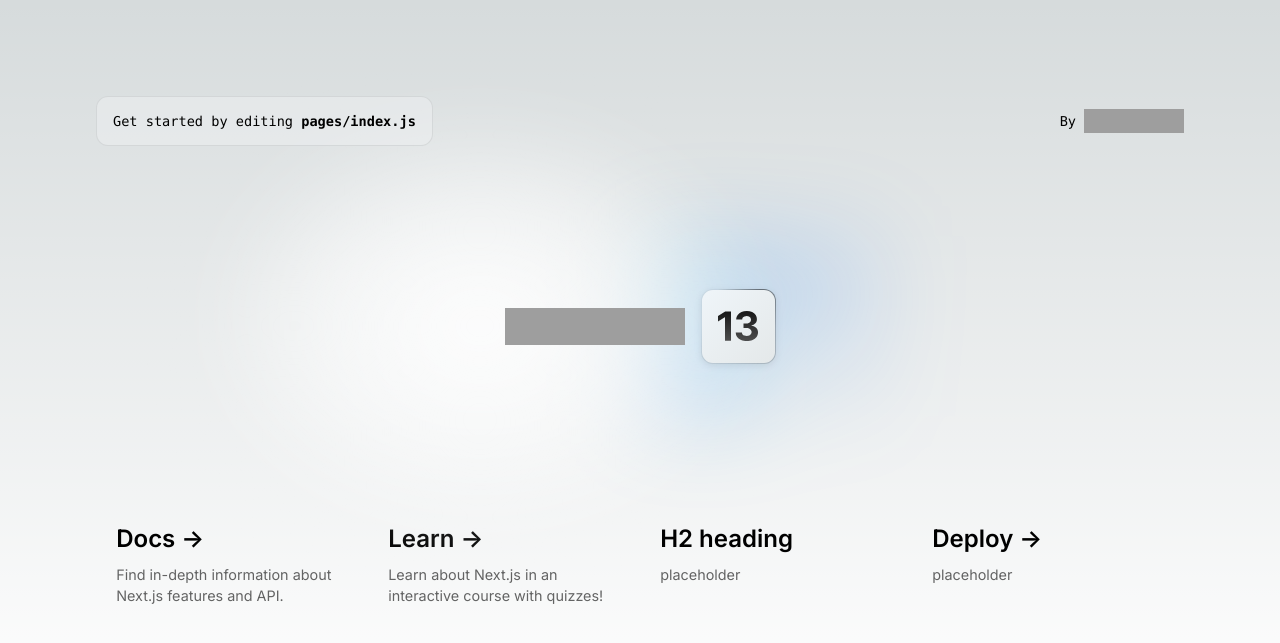
Repository: ajenstory/jencorbett.dev
Page: / (app in app/)
The author's editor kept a copy of each file at every save. The page is drawn from the files as they stood at one save, then again after the next save.
The browser window is 1280 px wide. The pictures show the whole page.
Pictures or frames that could not be fetched are drawn as grey boxes. The project was rebuilt for these pictures with package versions that can differ from the ones it lists, and the page was loaded fresh each time. The framework's server and built-in components were replaced by stand-ins that run in the browser. Also part of the build but not shown: app/next.config.js.

Above is the page before, as saved 2023-03-18 17:54:51.

### app/pages/index.js
import Head from 'next/head'
import Image from 'next/image'
import { Inter } from '@next/font/google'
import styles from '../styles/Home.module.css'

const inter = Inter({ subsets: ['latin'] })

export default function Home() {
  return (
    <>
      <Head>
        <title>Create Next App</title>
        <meta name="description" content="Generated by create next app" />
        <meta name="viewport" content="width=device-width, initial-scale=1" />
        <link rel="icon" href="/favicon.ico" />
      </Head>
      <main className={styles.main}>
        <div className={styles.description}>
          <p>
            Get started by editing&nbsp;
            <code className={styles.code}>pages/index.js</code>
          </p>
          <div>
            <a
              href="https://vercel.com?utm_source=create-next-app&utm_medium=default-template&utm_campaign=create-next-app"
              target="_blank"
              rel="noopener noreferrer"
            >
              By{' '}
              <Image
                src="/vercel.svg"
                alt="Vercel Logo"
                className={styles.vercelLogo}
                width={100}
                height={24}
                priority
              />
            </a>
          </div>
        </div>

        <div className={styles.center}>
          <Image
            className={styles.logo}
            src="/next.svg"
            alt="Next.js Logo"
            width={180}
            height={37}
            priority
          />
          <div className={styles.thirteen}>
            <Image
              src="/thirteen.svg"
              alt="13"
              width={40}
              height={31}
              priority
            />
          </div>
        </div>

        <div className={styles.grid}>
          <a
            href="https://nextjs.org/docs?utm_source=create-next-app&utm_medium=default-template&utm_campaign=create-next-app"
            className={styles.card}
            target="_blank"
            rel="noopener noreferrer"
          >
            <h2 className={inter.className}>
              Docs <span>-&gt;</span>
            </h2>
            <p className={inter.className}>
              Find in-depth information about Next.js features and&nbsp;API.
            </p>
          </a>

          <a
            href="https://nextjs.org/learn?utm_source=create-next-app&utm_medium=default-template&utm_campaign=create-next-app"
            className={styles.card}
            target="_blank"
            rel="noopener noreferrer"
          >
            <h2 className={inter.className}>
              Learn <span>-&gt;</span>
            </h2>
            <p className={inter.className}>
              Learn about Next.js in an interactive course with&nbsp;quizzes!
            </p>
          </a>

          <a
            href=""
            className={styles.card}
            target="_blank"
            rel="noopener noreferrer"
          >
            <h2 className={inter.className}>
           H2 heading
            </h2>
            <p className={inter.className}>
              placeholder
            </p>
          </a>

          <a
            href=""
            className={styles.card}
            target="_blank"
            rel="noopener noreferrer"
          >
            <h2 className={inter.className}>
              Deploy <span>-&gt;</span>
            </h2>
            <p className={inter.className}>
             placeholder
            </p>
          </a>
        </div>
      </main>
    </>
  )
}

Loaded but not shown: app/pages/_app.js (common file); app/pages/_document.js (common file); app/styles/globals.css (common file); app/styles/Home.module.css (common file)

After the next save:
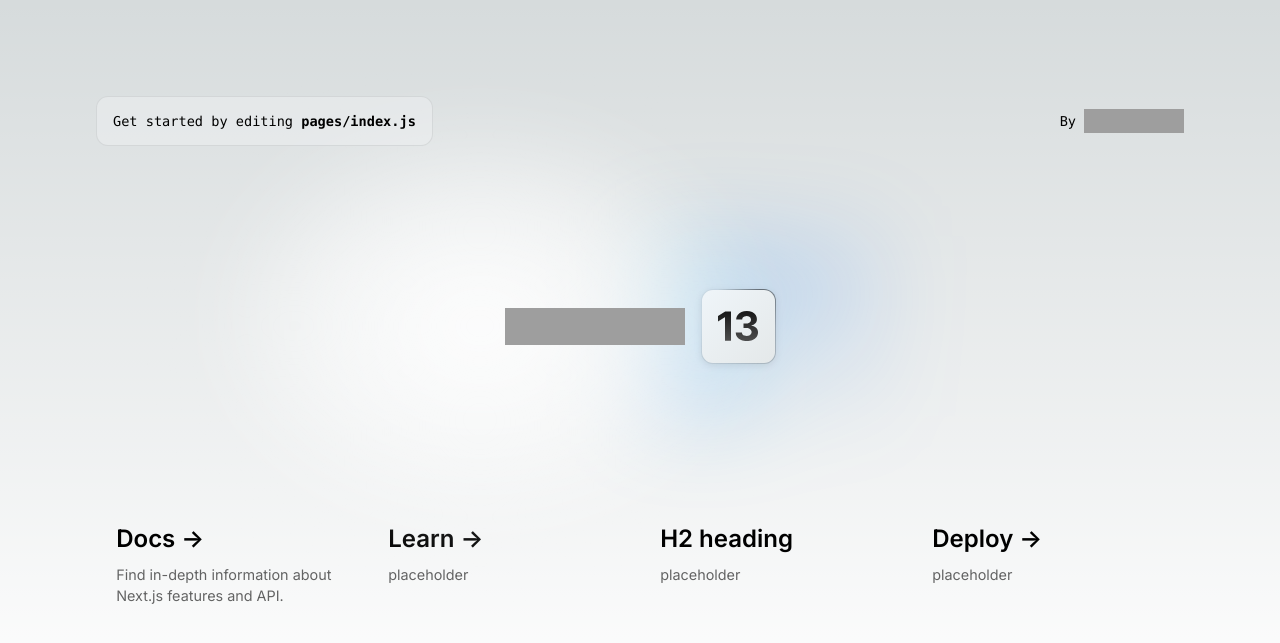
Saved 7 s later.
--- a/app/pages/index.js
+++ b/app/pages/index.js
@@ -84,7 +84,7 @@ export default function Home() {
               Learn <span>-&gt;</span>
             </h2>
             <p className={inter.className}>
-              Learn about Next.js in an interactive course with&nbsp;quizzes!
+             placeholder
             </p>
           </a>
 
